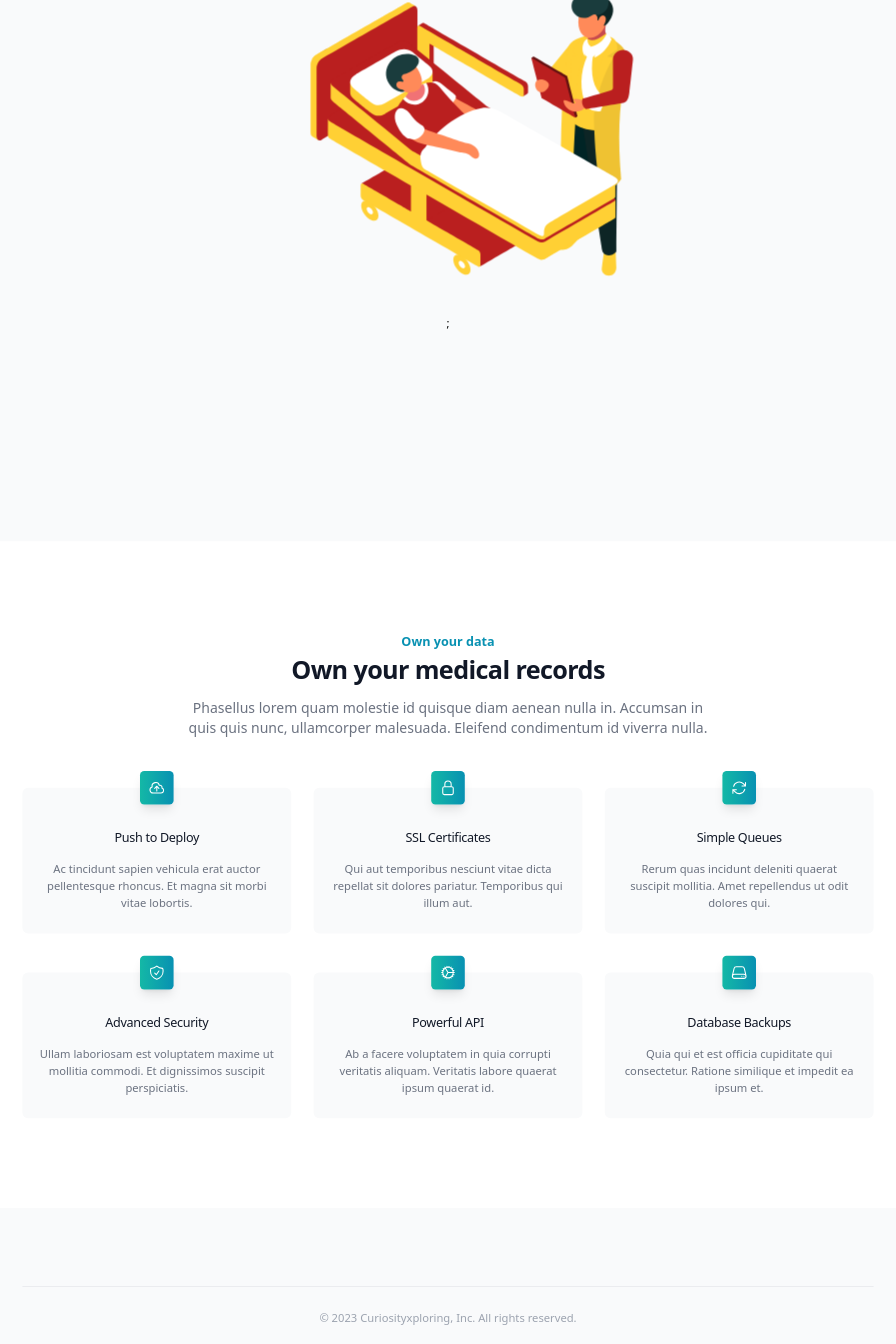
Repository: VinceBrun/medical-web3-app
Page: /
The author's editor kept a copy of each file at every save. The page is drawn from the files as they stood at one save, then again after a run of saves.
The browser window is 1280 px wide. The pictures show the part of the page from y = 1469 to 3389 px (the page is 3395 px tall), at 70% of full size.
The project was rebuilt for these pictures with package versions that can differ from the ones it lists, and the page was loaded fresh each time. The framework's server and built-in components were replaced by stand-ins that run in the browser. Also part of the build but not shown: next.config.js, styles/Home.module.css.

Above is the page before, as saved 2023-01-16 17:42:12.

After the next 2 saves:
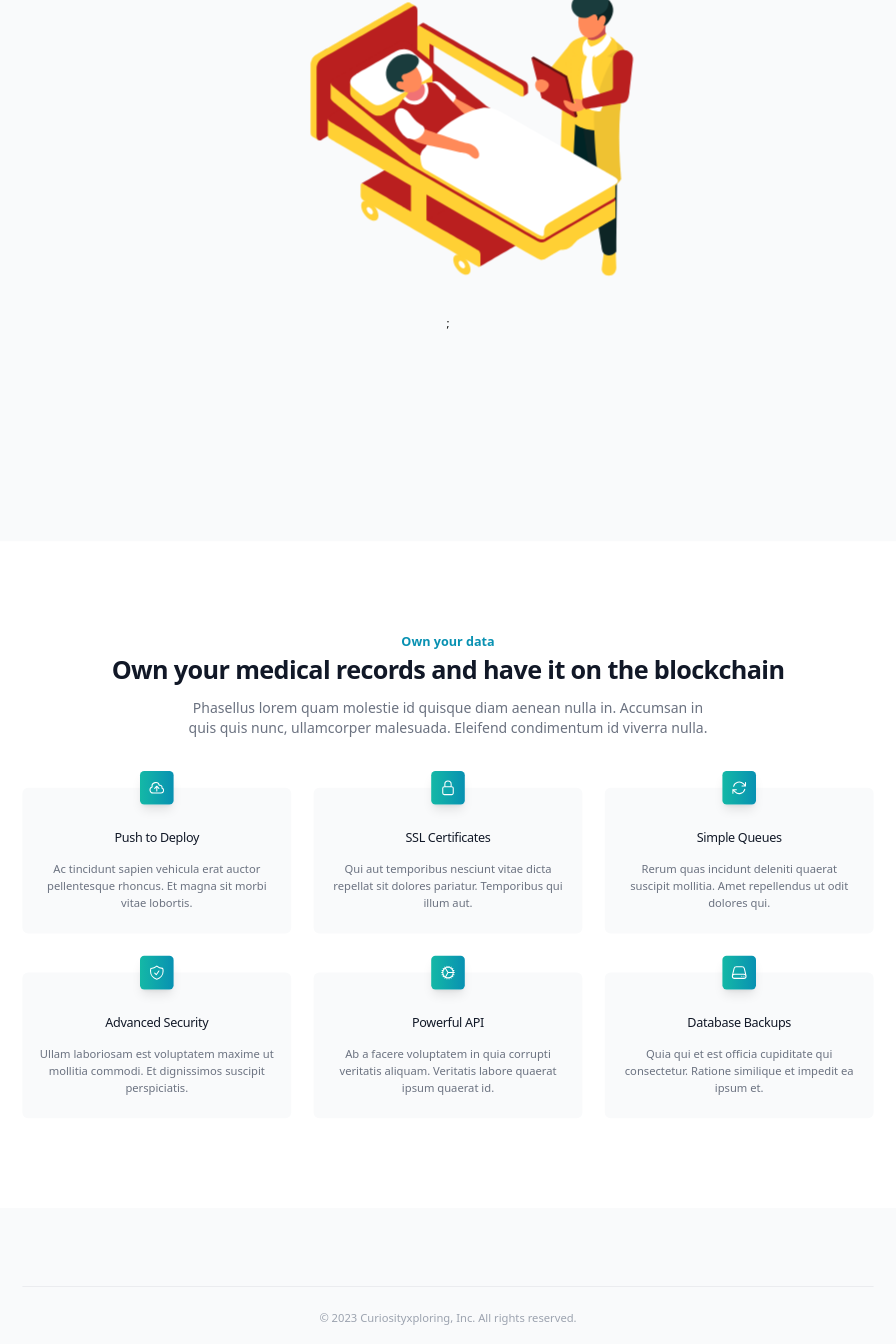
The 2 saves are shown as one change because they came seconds apart.
The last was saved 13 s later.
--- a/components/Landing.jsx
+++ b/components/Landing.jsx
@@ -421,7 +421,7 @@ export default function Landing() {
               Own your data
               </h2>
               <p className="mt-2 text-3xl font-bold tracking-tight text-gray-900 sm:text-4xl">
-                Own your medical records
+                Own your medical records and have it on the blockchain
               </p>
               <p className="mx-auto mt-5 max-w-prose text-xl text-gray-500">
                 Phasellus lorem quam molestie id quisque diam aenean nulla in.
